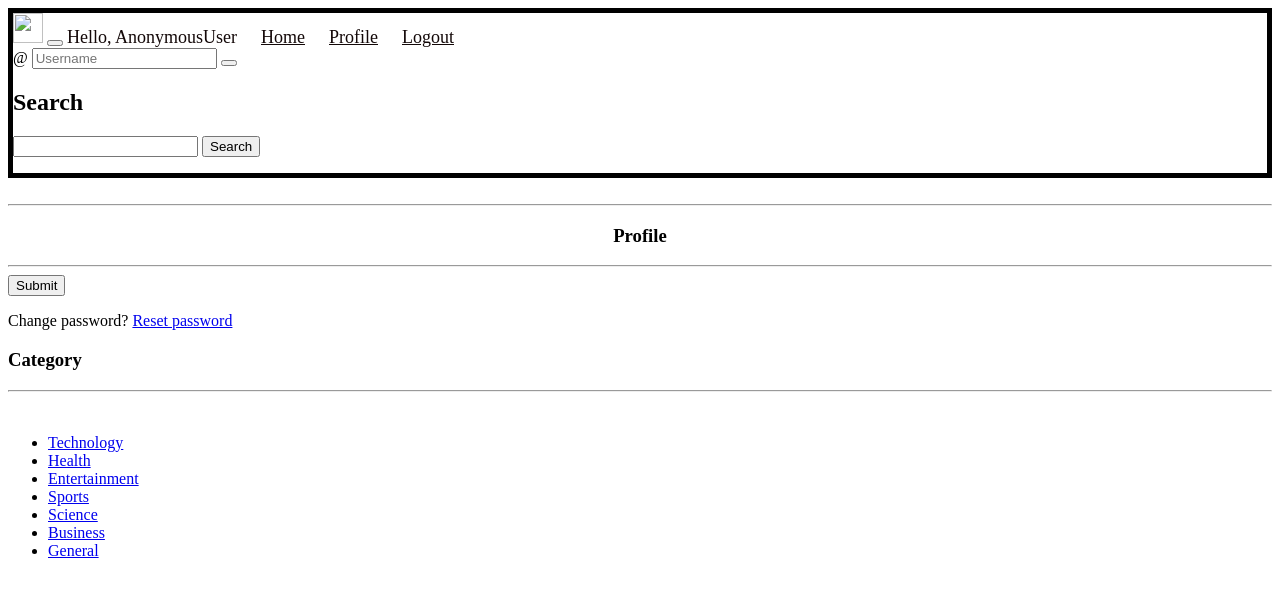
Repository: aayushshah094/django-newsletter-website-app
Page: news_api/templates/accounts/profile.html
These files come from the project's save history. The page is drawn as it stood at one moment and after a run of saves; the edit follows.
The browser window is 1280 px wide. The pictures show the whole page.
The template is drawn by Django 3.2. The application's start-up code is not run. The template is opened directly, without the code that normally fills it, so the values that code supplies are empty.

Above is the page before, as saved 2021-11-24 17:21:20.

After the next 3 saves:
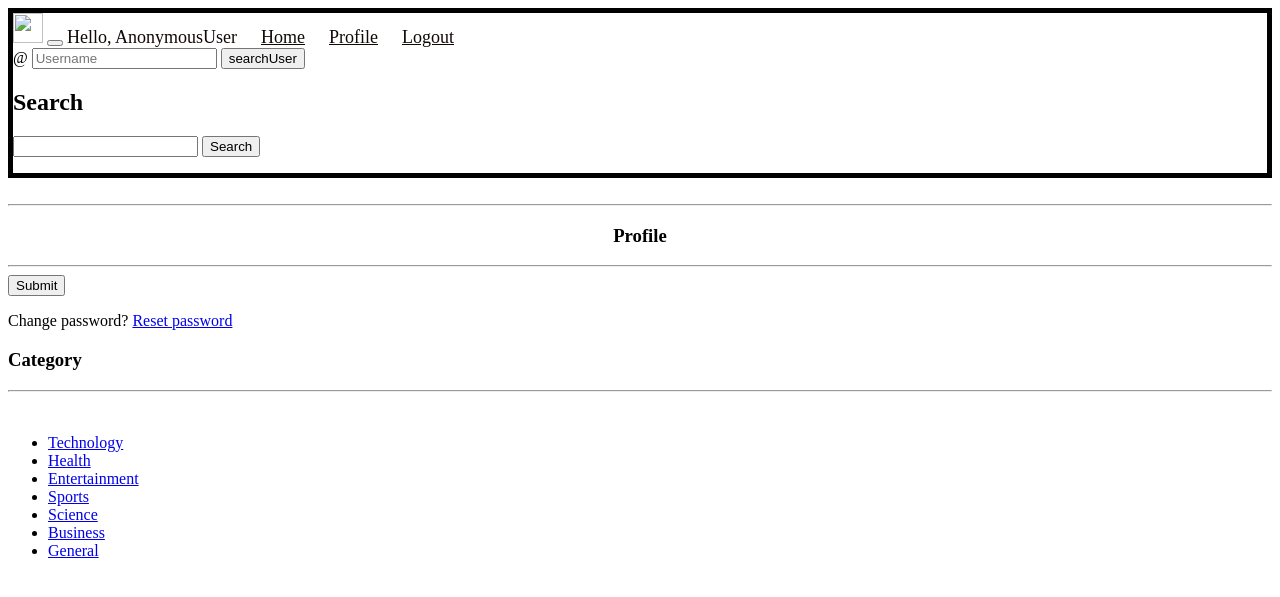
The 3 saves are shown as one change because they came seconds apart.
The last was saved 39 s later.
--- a/news_api/templates/accounts/profile.html
+++ b/news_api/templates/accounts/profile.html
@@ -30,7 +30,7 @@
         <div class="input-group">
           <span class="input-group-text" id="basic-addon1">@</span>
           <input type="text" class="form-control" placeholder="Username" aria-label="Username" aria-describedby="basic-addon1" name="query" value="{{ request.GET.query }}">
-          <button type="submit"></button>
+          <button type="submit" value="Search"> searchUser</button>
         </div>
     </form>
 
